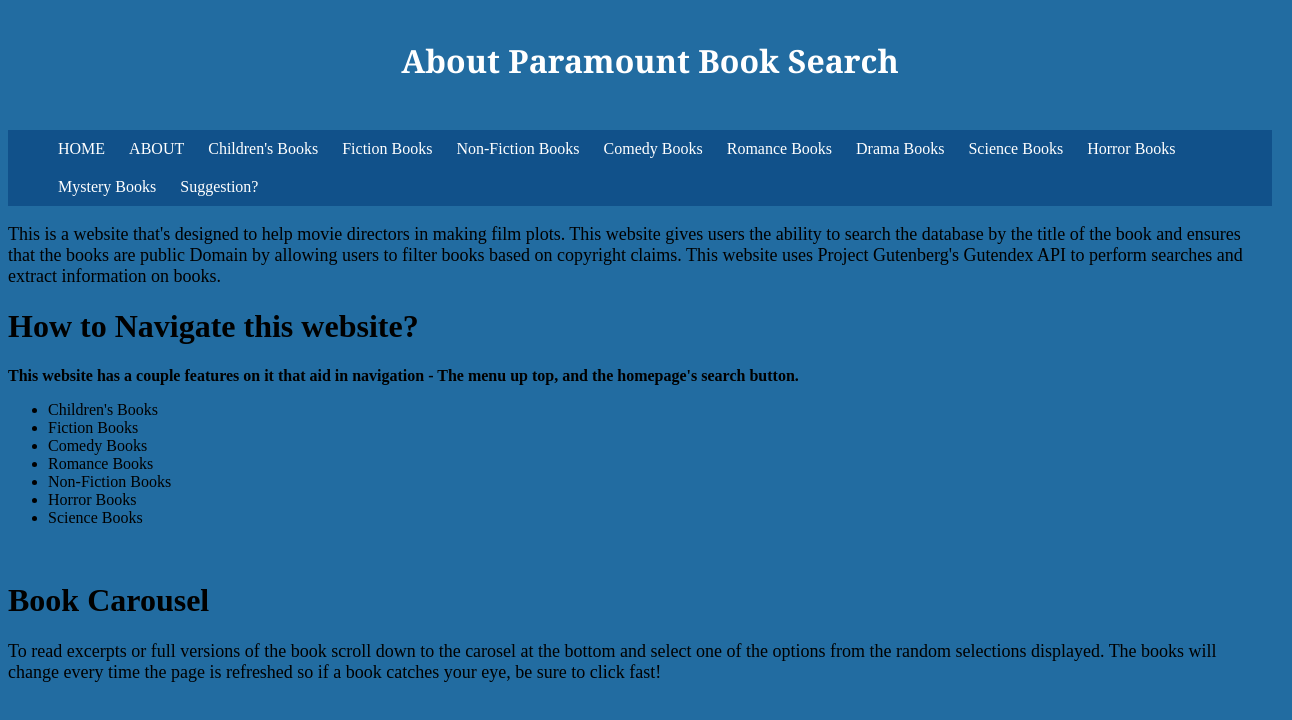
Repository: ChiaEE/INST377---Group-13
Page: About_page.html
These files come from the project's save history. The page is drawn as it stood at one moment and after the next save; the edit follows.
The browser window is 1280 px wide. The page is 1292 px wide, so the pictures cover 1292 px, including what lies to the right of the window. The pictures show the whole page.

Above is the page before, as saved 2024-05-19 22:12:09.

### About_page.html
<!DOCTYPE html>
<html>
    <head>
        <title> About Paramount Book Search </title>
        <link rel="stylesheet" href="HomePage.css">
    </head>
    <body style="background-color: #226ca1;">
        <header id="bar">
            <h1>About Paramount Book Search</h1>
        </header>

        <!-- Navigation Menu -->
        <nav id="main-nav">
            <ul id="navList">
                <li><a href="HomePage.html">HOME</a></li>
                <li><a href="About_page.html">ABOUT</a></li>
                <li id="childrensBooksLink"><a href="Children'sBooks.html">Children's Books</a></li>
                <li id="fictionBooksLink"><a href="FictionBooks.html">Fiction Books</a></li>
                <li id="nonFictionBooks"><a href="NonFictionBooks.html"> Non-Fiction Books </a></li>
                <li id="comedyBooksLink"><a href="ComedyBooks.html">Comedy Books</a></li>
                <li id="romanceBooksLink"><a href="RomanceBooks.html">Romance Books</a></li>
                <li id="dramaBooksLink"><a href="DramaBooks.html">Drama Books</a></li>
                <li id="sciBooksLink"><a href="ScienceBooks.html">Science Books</a></li>
                <li id="horrorBooksLink"><a href="HorrorBooks.html">Horror Books</a></li>
                <li id="mysteryBooksLink"><a href="MysteryBooks.html">Mystery Books</a></li>
                <li id="SuggestionsLink"><a href="Suggestion.html">Suggestion?</a></li>

            </ul>
        </nav>

        <p style="font-size:large;"> This is a website that's designed to help movie directors in making film plots.
            This website gives users the ability to search the database by the title of the book and ensures that the books are public Domain
            by allowing users to filter books based on copyright claims. This website uses Project Gutenberg's Gutendex API to
            perform searches and extract information on books.
        </p>

        <h1> How to Navigate this website? </h1>
        <h2 style="font-size: medium;"> This website has a couple features on it that aid in navigation - The menu up top, and the homepage's search
            button.
        </h2>
        <ul>
            <li style="font-size: medium;"> Children's Books </li>
            <li style="font-size: medium;"> Fiction Books </li>
            <li style="font-size: medium;"> Comedy Books </li>
            <li style="font-size: medium;"> Romance Books </li>
            <li style="font-size: medium;"> Non-Fiction Books </li>
            <li style="font-size: medium;"> Horror Books </li>
            <li style="font-size: medium;"> Science Books </li>
        </ul>

        <br>

        <h1> Book Carousel </h1>

        <p style="font-size:large;"> To read excerpts or full versions of the book scroll
            down to the carosel at the bottom and select one of the options from the random
            selections displayed. The books will change every time the page is refreshed
            so if a book catches your eye, be sure to click fast!
        </p>

    </body>



</html>

### HomePage.css
#bar {
    text-align: center;
    color: white;
    width: 100%;
    background-color: #226ca1;
    padding: 10px;
    margin: 0%;
    font-family: Cambria, Cochin, Georgia, Times, 'Times New Roman', serif;

}

/*Main Navigation */
#main-nav {
    background-color: #476ff2;
    color: white;
    margin: 0;
}

#main-nav li {
    display: block;
    color: black;
    text-align: center;
    padding: 14px 16px;
    text-decoration: none;
  }

  #main-nav {
    background-color: #11518a;
    color: white;
    margin: 0;
}

#main-nav li {
    display: block;
    color: white;
    text-align: center;
    padding: 14px 16px;
}

#main-nav li a {
    text-decoration: none;
    color: inherit;
}

#main-nav li:hover {
    background-color: #cbcfee;
}

#main-nav ul li {
    list-style-type: none;
    display: inline-block;
    text-align: center;
    padding: 10px;
}

#main-nav li:hover {
    background-color: #cbcfee;
}

#main-nav ul li {
    list-style-type: none;
    display: inline-block;
    text-align: center;
    padding: 10px;
}

/* Search Container */

.search-container {
    text-align: center;
}

.search-input {
    padding: 10px;
    width: 300px;
    border: 2px solid #ccc;
    border-radius: 5px;
    font-size: 14px;
}

.search-button {
    padding: 10px 20px;
    background-color: #007bff;
    color: white;
    border: none;
    border-radius: 5px;
    cursor: pointer;
    font-size: 16px;
    animation: wiggle 1s ease-in-out infinite;
    animation-delay: 2s;
}

@keyframes wiggle {
    0%, 100% {
      transform: rotate(-20deg);
    }
    50% {
      transform: rotate(20deg);
    }
  }


/* Style for the filter container */
.filter-container {
    margin-top: 20px;
}


.filter-container label {
    margin-right: 10px;
}


.filter-container select {
    padding: 5px;
    font-size: 16px;
    border: 1px solid #ccc;
    border-radius: 4px;
    background-color: #fff;
    color: #333;
}


.filter-container select option {
    background-color: #fff;
    color: #333;
}


.filter-container select:hover {
    border-color: #226ca1;
}

.content {
    display: flex;
    justify-content: flex-end;
    align-items: flex-end;
    flex-wrap: wrap;
    padding: 20px;
}


.filter-container {
    margin-right: 20px;
}

/* Search Bar */
.search-container {
    margin-bottom: 20px;
}

/* Book Container */

.book-container {
    background-color: white;
    padding: 20px;
    margin-bottom: 20px;
    border-radius: 5px;
    box-shadow: 0 2px 4px rgba(0, 0, 0, 0.1);
}

.book-container {
    border: 1px solid #ccc;
    border-radius: 5px;
    padding: 10px;
    margin: 20px 20px 20px 0;
    width: calc(40% - 20px);
}

.book-container h2 {
    margin-top: 0;
}

#loadingIndicator {
    color: #f9f1f1;
    font-size: px;
    text-align: center;
    padding: 20px;
}

/* Main Carousel Slider */
.main-carousel {
    width: 80%;
    margin: 0 auto;
}

/* Style for carousel cells */
.main-carousel .carousel-cell {
    width: 200px;
    height: 300px;
    margin-right: 10px;
    border-radius: 5px;
    overflow: hidden;
}


.main-carousel img {
    width: 100%;
    height: 100%;
    object-fit: cover;
}

/* Form  */
.form-container {
    margin-top: 20px;
}


.form-container label {
    margin-right: 10px;
}


.form-container select {
    padding: 5px;
    font-size: 16px;
    border: 1px solid #ccc;
    border-radius: 4px;
    background-color: #fff;
    color: #333;
}


.form-container select option {
    background-color: #fff;
    color: #333;
}


.form-container select:hover {
    border-color: #226ca1;
}



.form-container {
    margin-right: 20px;
}

/* Chart Button */

#showChartButton {
    padding: 5px 15px;
    border-radius: 50px;
    cursor: pointer;
    border: 0;
    background-color: white;
    box-shadow: rgb(0 0 0 / 5%) 0 0 8px;
    letter-spacing: 1.5px;
    text-transform: uppercase;
    font-size: 15px;
    transition: all 0.5s ease;
  }

  #showChartButton:hover {
    letter-spacing: 3px;
    background-color: hsl(225, 71%, 54%);
    color: hsl(0, 0%, 100%);
    box-shadow: rgb(70, 64, 229) 0px 7px 29px 0px;
  }

  #showChartButton:active {
    letter-spacing: 3px;
    background-color: hsl(225, 71%, 54%);
    color: hsl(0, 0%, 100%);
    box-shadow: rgb(70, 64, 229) 0px 0px 0px 0px;
    transform: translateY(10px);
    transition: 100ms;
  }

.confirmation {
    display: none;
    color: green;
    margin-top: 10px;
}
.error {
    display: none;
    color: red;
    margin-top: 10px;
}

/* Suggestion Form Button */
#submitButton {
    align-items: center;
    background-color: #19c20a;
    border: 0;
    border-radius: 100px;
    box-sizing: border-box;
    color: #ffffff;
    cursor: pointer;
    display: inline-flex;
    font-family: -apple-system, system-ui, system-ui, "Segoe UI", Roboto, "Helvetica Neue", "Fira Sans", Ubuntu, Oxygen, "Oxygen Sans", Cantarell, "Droid Sans", "Apple Color Emoji", "Segoe UI Emoji", "Segoe UI Symbol", "Lucida Grande", Helvetica, Arial, sans-serif;
    font-size: 16px;
    font-weight: 600;
    justify-content: center;
    line-height: 20px;
    max-width: 480px;
    min-height: 40px;
    min-width: 0px;
    overflow: hidden;
    padding: 0px;
    padding-left: 20px;
    padding-right: 20px;
    text-align: center;
    touch-action: manipulation;
    transition: background-color 0.167s cubic-bezier(0.4, 0, 0.2, 1) 0s, box-shadow 0.167s cubic-bezier(0.4, 0, 0.2, 1) 0s, color 0.167s cubic-bezier(0.4, 0, 0.2, 1) 0s;
    user-select: none;
    -webkit-user-select: none;
    vertical-align: middle;
  }

  #submitButton:hover,
  #submitButton:focus {
    background-color: #16437E;
    color: #ffffff;
  }

  #submitButton:active {
    background: #09223b;
    color: rgb(255, 255, 255, .7);
  }

  #submitButton:disabled {
    cursor: not-allowed;
    background: rgba(0, 0, 0, .08);
    color: rgba(0, 0, 0, .3);
  }

After the next save:
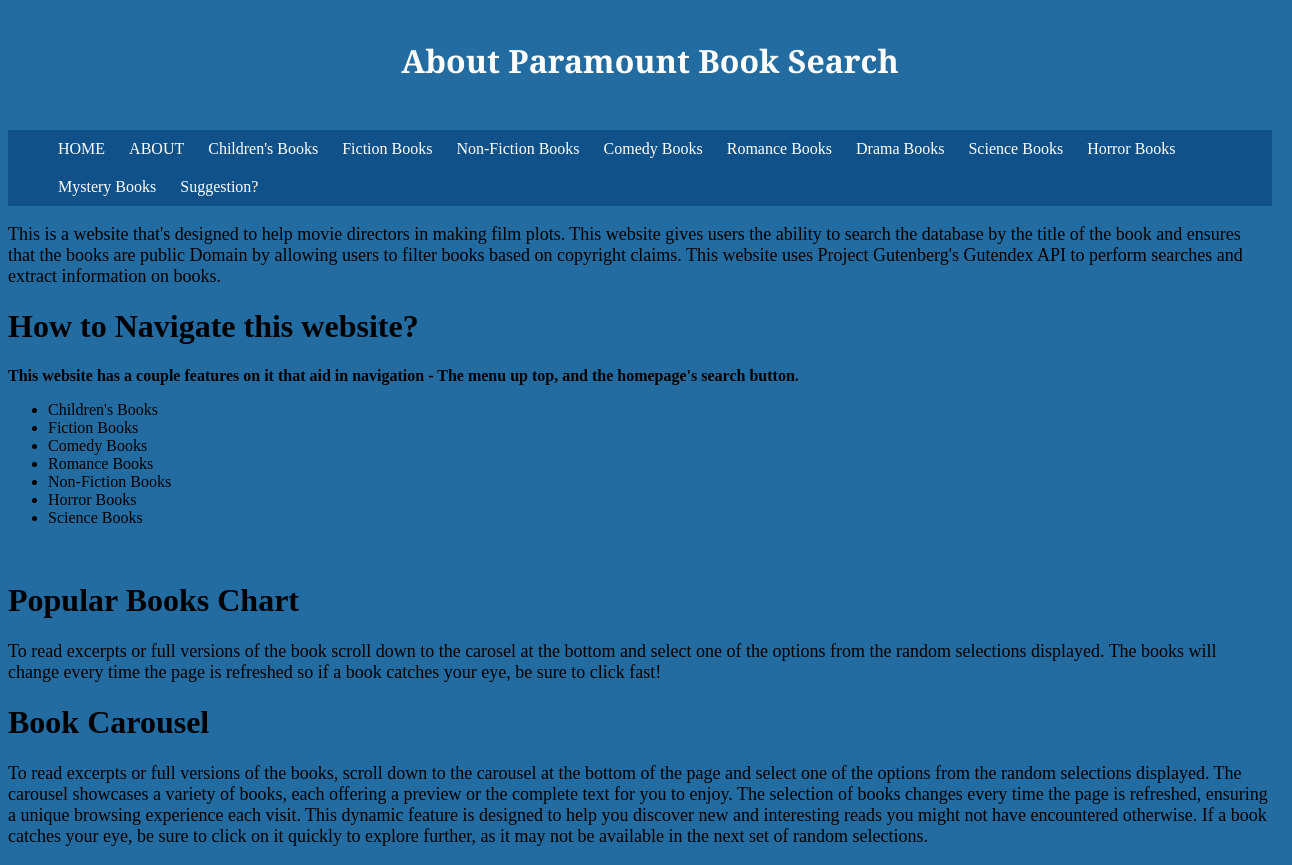
Saved 2 min 31 s later.
--- a/About_page.html
+++ b/About_page.html
@@ -50,7 +50,7 @@
 
         <br>
 
-        <h1> Book Carousel </h1>
+        <h1> Popular Books Chart </h1>
 
         <p style="font-size:large;"> To read excerpts or full versions of the book scroll
             down to the carosel at the bottom and select one of the options from the random
@@ -58,6 +58,17 @@
             so if a book catches your eye, be sure to click fast!
         </p>
 
+        <h1> Book Carousel </h1>
+
+        <p style="font-size:large;"> To read excerpts or full versions of the books, scroll down to the carousel at the bottom of the page and select one of the options
+            from the random selections displayed. The carousel showcases a variety of books, each offering a preview or the complete text for you to enjoy.
+            The selection of books changes every time the page is refreshed, ensuring a unique browsing experience each visit.
+            This dynamic feature is designed to help you discover new and interesting reads you might not have encountered otherwise.
+            If a book catches your eye, be sure to click on it quickly to explore further, as it may not be available in the next set of random selections.
+        </p>
+
+
+
     </body>
 
 
